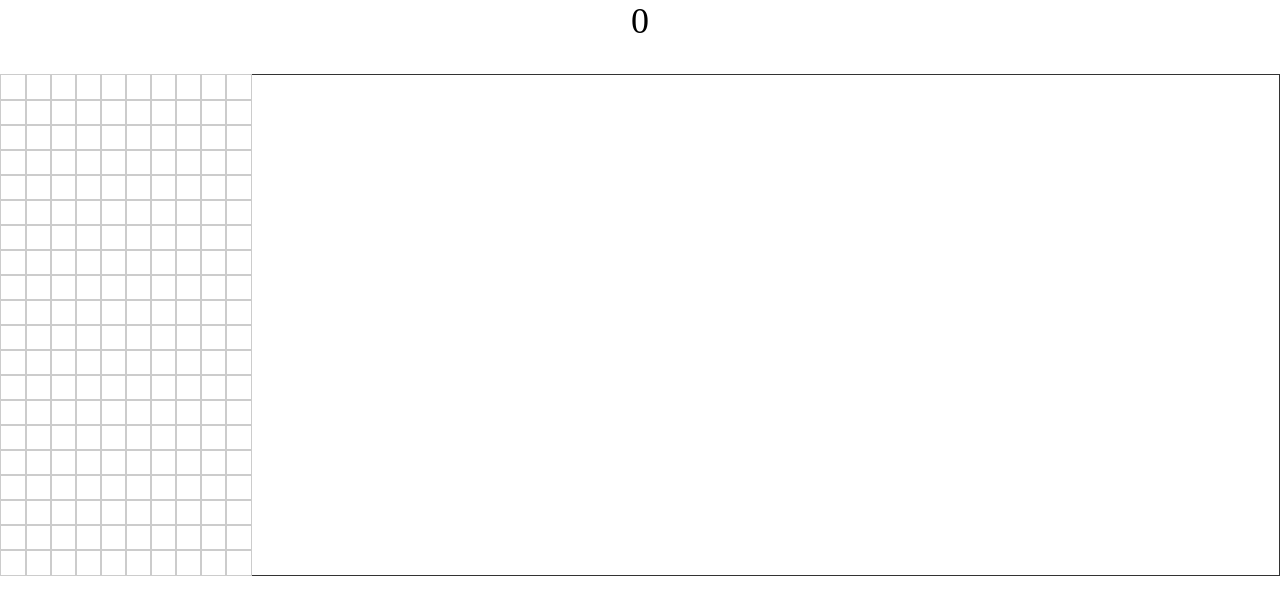
Repository: chlwpdnswku/tetris
Page: index.html
These files come from the project's save history. The page is drawn as it stood at one moment and after the next save; the edit follows.
The browser window is 1280 px wide. The pictures show the whole page.

Above is the page before, as saved 2022-12-11 23:51:28.

After the next save:
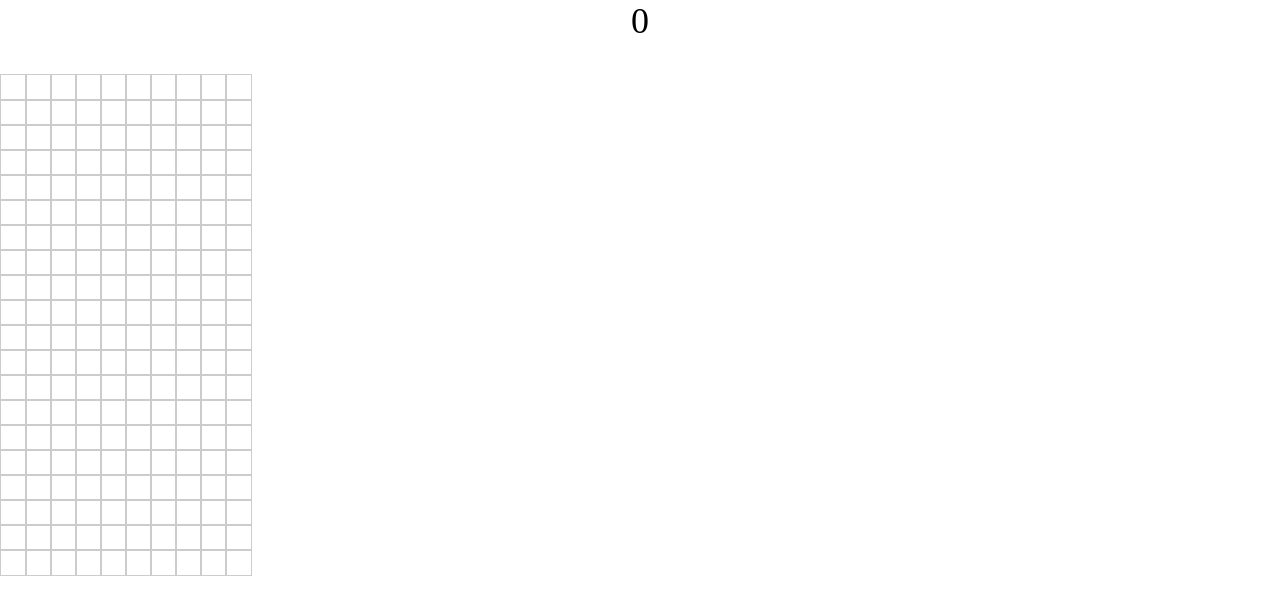
Saved 37 s later.
--- a/style.css
+++ b/style.css
@@ -16,6 +16,7 @@ body {
 }
 .playground > ul {
   border: 1px solid #333;
+  width: 250px;
 }
 .playground > ul > li {
   width: 100%;
